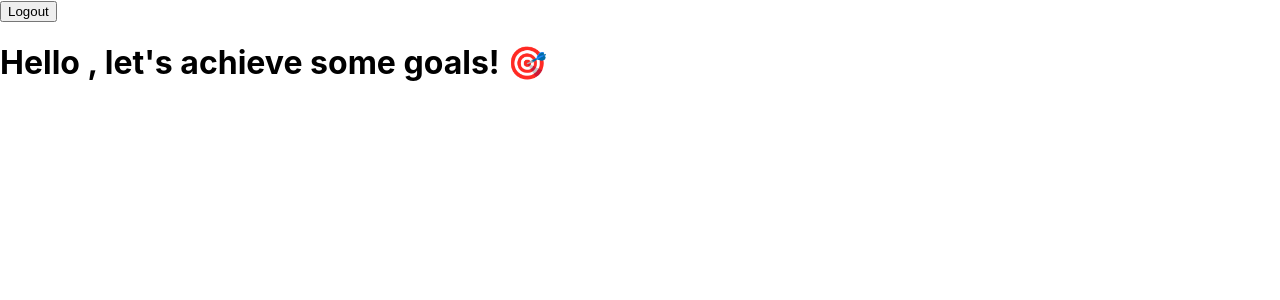
Repository: RachelB9913/smart-task-and-habit-tracker
Page: /dashboard
These files come from the project's save history. The page is drawn as it stood at one moment and after the next save; the edit follows.
The browser window is 1280 px wide. The pictures show the whole page.
The project was rebuilt for these pictures with package versions that can differ from the ones it lists, and the page was loaded fresh each time. Also part of the build but not shown: src/App.css, src/components/PageWrapper.js, src/components/welcome.js, src/services/api.js, src/components/Login.js, src/components/Register.js.

Above is the page before, as saved 2025-06-18 18:14:07.

### src/App.js
// import { BrowserRouter as Router, Routes, Route } from 'react-router-dom';
// import Welcome from './components/welcome';
// import Login from './components/Login';
// import Register from './components/Register';
// import './App.css';


// function App() {
//   return (
//     <Router>
//       <Routes>
//         <Route path="/" element={<Welcome />} />
//         <Route path="/login" element={<Login />} />
//         <Route path="/register" element={<Register />} />
//       </Routes>
//     </Router>
//   );
// }

// export default App;

import { BrowserRouter as Router, Routes, Route } from 'react-router-dom';
import Welcome from './components/welcome';
import Login from './components/Login';
import Register from './components/Register';
import Dashboard from './components/DashBoard';

function App() {
  return (
    <Router>
      <Routes>
        <Route path="/" element={<Welcome />} />
        <Route path="/login" element={<Login />} />
        <Route path="/register" element={<Register />} />
        <Route path="/dashboard" element={<Dashboard />} />
      </Routes>
    </Router>
  );
}

export default App;

### src/components/DashBoard.js
import { useEffect, useState } from "react";
import { useNavigate } from "react-router-dom";

export default function Dashboard() {
  const [username, setUsername] = useState("");
  const navigate = useNavigate();

  useEffect(() => {
    // Retrieve username from localStorage (or context/auth state later)
    const storedUsername = localStorage.getItem("username");
    if (storedUsername) {
      setUsername(storedUsername);
    }
  }, []);

  const handleLogout = () => {
    localStorage.removeItem("username");
    navigate("/");
  };

    return (
        <div className="dashboard-container">
        <header className="dashboard-header">
            <button onClick={handleLogout}>Logout</button>
        </header>

        <main>
            <h1>Hello {username}, let's achieve some goals! 🎯</h1>
        </main>
        </div>
    );
}

### src/components/Auth.css
.auth-container {
  max-width: 400px;
  margin: 60px auto;
  padding: 2rem;
  background-color: #f8f9fa;
  border-radius: 12px;
  box-shadow: 0 2px 10px rgba(0, 0, 0, 0.1);
}

.auth-form {
  display: flex;
  flex-direction: column;
  gap: 1rem;
}

.auth-form input {
  padding: 0.75rem;
  border-radius: 8px;
  border: 1px solid #ccc;
  font-size: 1rem;
}

.auth-form button {
  padding: 0.75rem;
  background-color: #007bff;
  color: white;
  border: none;
  border-radius: 8px;
  font-size: 1rem;
  cursor: pointer;
}

.auth-form button:hover {
  background-color: #0056b3;
}

Loaded but not shown: public/index.html (common file); src/index.js (common file); src/index.css (common file); src/reportWebVitals.js (common file)

After the next save:
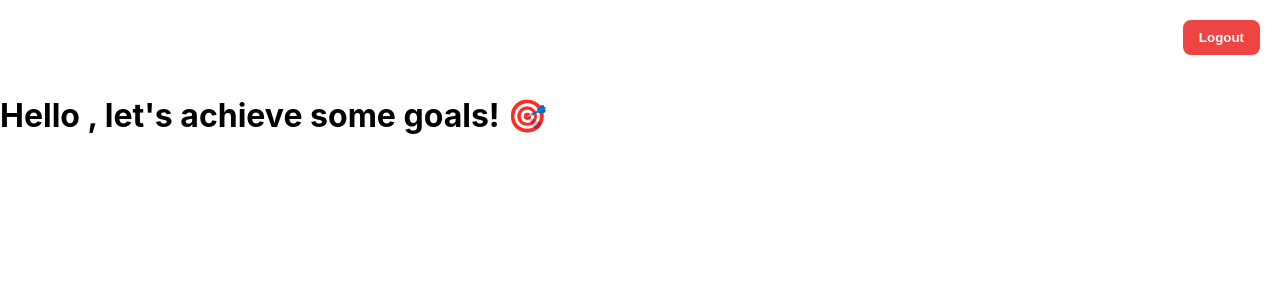
Saved 73 s later.
--- a/src/components/Auth.css
+++ b/src/components/Auth.css
@@ -33,3 +33,24 @@
 .auth-form button:hover {
   background-color: #0056b3;
 }
+
+
+.dashboard-header {
+  display: flex;
+  justify-content: flex-end;
+  padding: 20px;
+}
+
+.dashboard-header button {
+  padding: 10px 16px;
+  background-color: #ef4444; /* red */
+  color: white;
+  border: none;
+  border-radius: 8px;
+  font-weight: bold;
+  cursor: pointer;
+}
+
+.dashboard-header button:hover {
+  background-color: #dc2626;
+}
